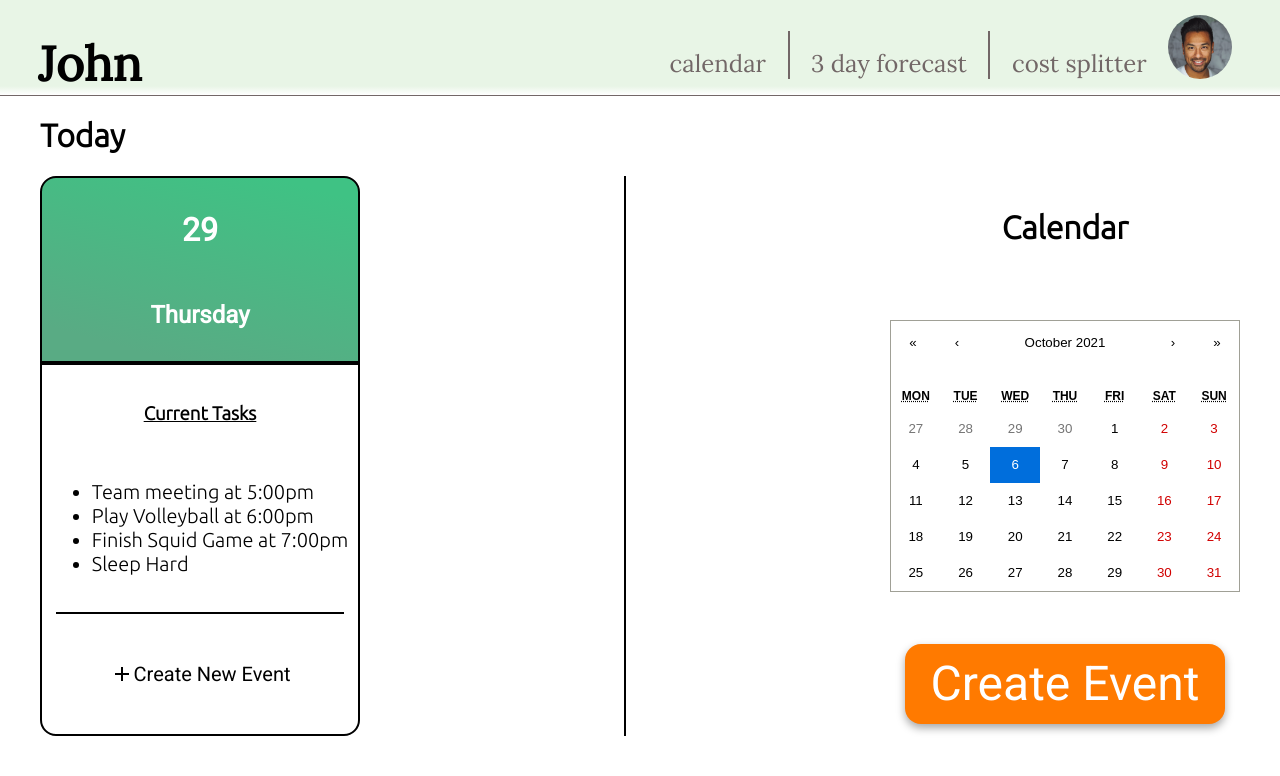
Repository: wilyyy/John
Page: / (app in john-app/)
An editor plug-in stored every save of this project. The page is shown before and after the next save, followed by the edit.
The browser window is 1280 px wide. The pictures show the whole page.
The project was rebuilt for these pictures with package versions that can differ from the ones it lists, and the page was loaded fresh each time. The framework's server and built-in components were replaced by stand-ins that run in the browser. Also part of the build but not shown: john-app/next.config.js.

Above is the page before, as saved 2021-10-07 18:36:07.

After the next save:
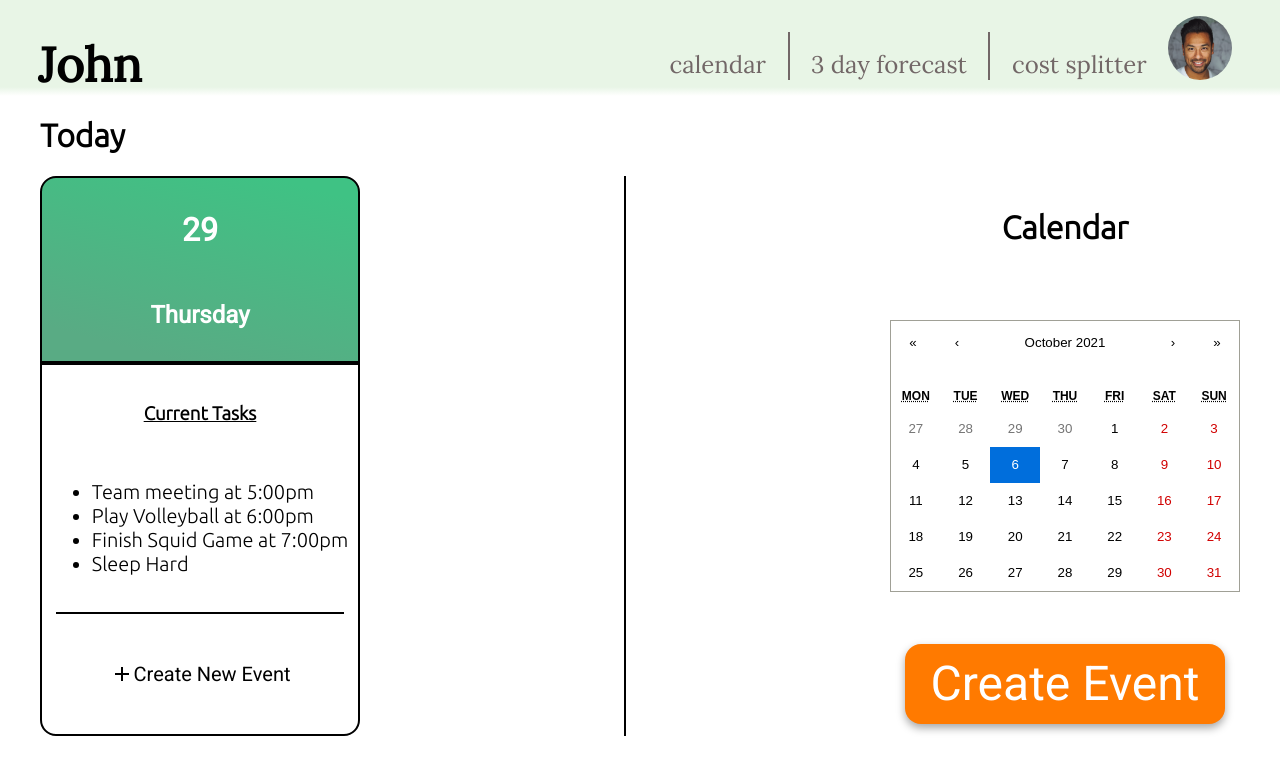
Saved 28 s later.
--- a/john-app/Components/Nav/index.js
+++ b/john-app/Components/Nav/index.js
@@ -12,7 +12,6 @@ const NavCont = styled.div`
     height: 6rem;
     font-family: 'Lora', serif;
     background: linear-gradient(180deg, #E8F5E6 90.62%, rgba(208, 227, 205, 0) 100%);
-    border-bottom: #726767 1px solid;
 `;
 
 const NavRow = styled.div`
@@ -59,16 +58,21 @@ const AvatarCont = styled.div`
 `;
 
 
-const Nav = () => {
+const Nav = ({
+    homeRoute = "/",
+    forecastRoute = "/forecast",
+    costSplitterRoute = "/costsplitter"
+}) => {
+    const router = useRouter();
     return <NavCont>
         <NavRow>
-            <JohnLogo>John</JohnLogo>
+            <JohnLogo onClick={()=>router.push(homeRoute)}>John</JohnLogo>
             <NavLinkRow>
-                <NavItem>calendar</NavItem>
+                <NavItem onClick={()=>router.push(homeRoute)}>calendar</NavItem>
                 <Divider />
-                <NavItem>3 day forecast</NavItem>
+                <NavItem onClick={()=>router.push(forecastRoute)}>3 day forecast</NavItem>
                 <Divider />
-                <NavItem>cost splitter</NavItem>
+                <NavItem onClick={()=>router.push(costSplitterRoute)}>cost splitter</NavItem>
                 <AvatarCont>
                     <Image src={profilePic} />
                 </AvatarCont>
